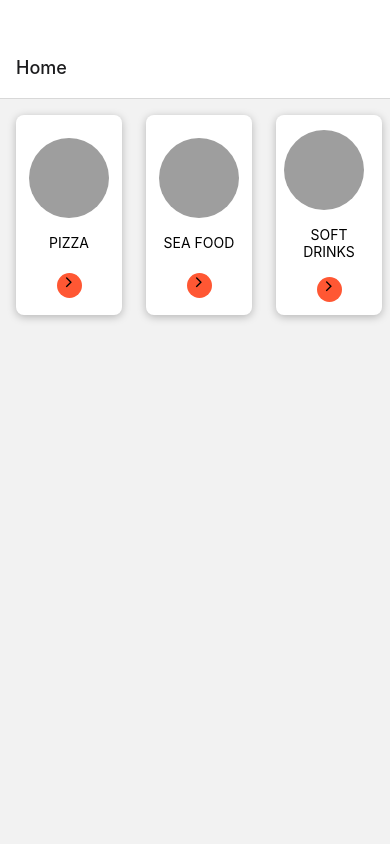
Repository: Esraa22M/ReactNative
Screen: /
The author's editor kept a copy of each file at every save. The screen is drawn from the files as they stood at one save, then again after the next save.
Pictures or frames that could not be fetched are drawn as grey boxes. The app was drawn by React Native's web renderer in a window 390 px wide. The project was rebuilt for these pictures with package versions that can differ from the ones it lists, and the page was loaded fresh each time. Also part of the build but not shown: src/components/header/header.component.js, src/colors/front-screen-colors/user-auth-colors.js, src/components/header/header.styles.js, src/components/textInput/textInput.styles.js, src/components/textInput/textInput.components.jsx, src/components/singup-form-body/singup-form-body.components.js, src/screens/front-screen/Singup/singup-screen.screens.jsx, src/authentication/api/login-info.js and 2 more.

Above is the screen before, as saved 2023-09-21 02:30:13.

### App.js
import { SafeAreaView } from "react-native";
import { singupStyles } from "./src/screens/front-screen/Singup/singup-screen.styles";
import { Singup } from "./src/screens/front-screen/Singup/singup-screen.screens";
import UserCard from "./src/screens/front-screen/user-card/user-card.screens";
import { NavigationContainer } from "@react-navigation/native";
import { createStackNavigator } from "@react-navigation/stack";
import { Home } from "./src/screens/front-screen/home/home.screens";
const Stack = createStackNavigator();
export default function App() {
  return (
    <SafeAreaView style={singupStyles.container}>
      {/* <UserCard /> */}
      <NavigationContainer>
        <Stack.Navigator>
          <Stack.Screen name="Home" component={Home} />
        </Stack.Navigator>
      </NavigationContainer>
    </SafeAreaView>
  );
}

### src/screens/front-screen/Singup/singup-screen.styles.jsx
import { StyleSheet } from "react-native";
export const singupStyles = StyleSheet.create({
  container: { flex: 1, marginTop: 35 },
});

### src/screens/front-screen/home/home.screens.js
import { View, Text } from "react-native";
import { Categories } from "../../../components/categories/categories.components";
export const Home = () => {
  return (
    <>
      <Categories />
    </>
  );
};

### src/components/categories/categories.components.js
import { categories } from "../../data/dummay__data";
import { FlatList } from "react-native";
import { CategoryItem } from "./category-item.components";
export const Categories = () => {
  function renderCategoryItem(itemData) {
    return <CategoryItem item={itemData.item} />;
  }
  return (
    <FlatList
      numColumns={3}
      data={categories}
      renderItem={renderCategoryItem}
      keyExtractor={(item) => item.id}
    />
  );
};

### src/data/dummay__data.js
import { Category } from "../modal/category.modals";
export const categories = [
  new Category(
    "1pizza",
    "Pizza",
    "https://img.freepik.com/free-vector/flying-slice-pizza-cartoon-vector-illustration-fast-food-concept-isolated-vector-flat-cartoon-style_138676-1934.jpg?w=740&t=st=1695067102~exp=1695067702~hmac=7d47136b0dff2be87480dc1a22a28658daa67f706d90b59d117303a312dc6c16"
  ),
  new Category(
    "sea_food2",
    "sea food",
    "https://img.freepik.com/free-vector/seafood-products-set_98292-1624.jpg?w=740&t=st=1695067277~exp=1695067877~hmac=62082bdd900b5c830349f2bb8f3cd3466fcfb5395c4f24459194aeaeb256cb2c"
  ),
  new Category(
    "3softDrinks",
    "soft drinks",
    "https://img.freepik.com/free-vector/soda-cups-drink_24877-57922.jpg?w=740&t=st=1695067422~exp=1695068022~hmac=60b80d144880f8a8413a85c867ecfc35a38170c71354acfc84aa5b82ae30d594"
  ),
];

### src/components/categories/category-item.components.js
import { View, Text, Image, StyleSheet, Pressable } from "react-native";
import { HomeColors } from "../../colors/front-screen-colors/home-colors";
import { IconButton } from "../icon-button/icon-button.components";
export const CategoryItem = ({ item }) => {
  const { name, image } = item;
  console.log(item);
  return (
    <View style={styles.container}>
      <Pressable>
        <Image source={{ uri: image }} style={styles.image} />
        <Text style={styles.categoryName}>{name}</Text>
        <View style={styles.iconContainer}>
          <IconButton name="angle-right" size={18} style={styles.angleRight} />
        </View>
      </Pressable>
    </View>
  );
};
const styles = StyleSheet.create({
  container: {
    flex: 1,
    height: 200,
    justifyContent: "space-around",
    flexDirection: "column",
    backgroundColor: HomeColors.LIGHT_COLOR,
    alignItems: "center",
    shadowColor: "black",
    shadowOpacity: 0.25,
    shadowOffset: { width: 0, height: 2 },
    shadowRadius: 8,
    marginVertical: 16,
    marginLeft: 16,
    marginRight: 8,
    elevation: 4,
    alignItems: "center",
    borderRadius: 8,
  },
  image: {
    width: 80,
    height: 80,
    borderRadius: 80 / 2,
    margin: 8,
  },
  categoryName: {
    textTransform: "uppercase",
    justifyContent: "center",
    textAlign: "center",
    alignItems: "center",
    margin: 8,
    flex: 1,
  },
  angleRight: {
    backgroundColor: HomeColors.DARK_COLOR,
    alignItems: "center",
    width: 25,
    height: 25,
    borderRadius: 25 / 2,
    margin: 8,
  },
  iconContainer: {
    justifyContent: "center",
    alignItems: "center",
    textAlign: "center",
    flex: 1,
  },
});

### src/modal/category.modals.js
export class Category {
  constructor(id, name, image) {
    this.id = id;
    this.name = name;
    this.image = image;
  }
}

### src/colors/front-screen-colors/home-colors.js
export const HomeColors = {
  LIGHT_COLOR: "white",
  ACTIVE_COLOR: "#FFBF00",
  DARK_COLOR: "#FF5733",
};

### src/components/icon-button/icon-button.components.js
import { Pressable, StyleSheet } from "react-native";
import { FontAwesome } from "@expo/vector-icons";
export const IconButton = ({ name, color, size, ...props }) => {
  return (
    <Pressable {...props}>
      <FontAwesome name={name} size={size} color={color}></FontAwesome>
    </Pressable>
  );
};

After the next save:
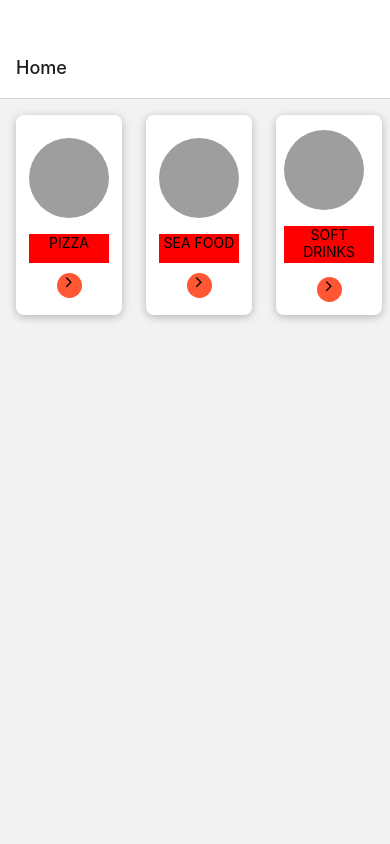
Saved 19 s later.
--- a/src/components/categories/category-item.components.js
+++ b/src/components/categories/category-item.components.js
@@ -45,6 +45,7 @@ const styles = StyleSheet.create({
     textTransform: "uppercase",
     justifyContent: "center",
     textAlign: "center",
+    backgroundColor: "red",
     alignItems: "center",
     margin: 8,
     flex: 1,
